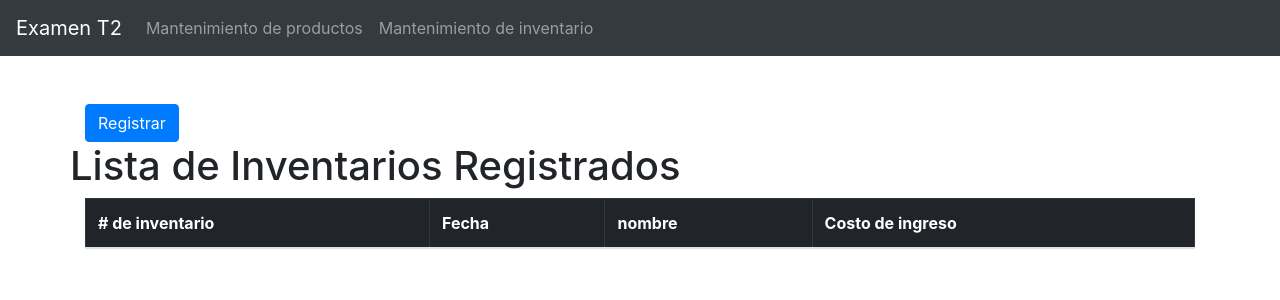
Repository: cartulina68/LP2_Examen2_Rosas
Page: http://localhost/inventario/index
An editor plug-in stored every save of this project. The page is shown before and after the next save, followed by the edit.
The browser window is 1280 px wide. The pictures show the whole page.
The page is this project's Thymeleaf template; nobody is signed in. The template is opened directly, without the code that normally fills it, so the values that code supplies are empty.

Above is the page before, as saved 2024-10-12 03:13:15.

### Spring/BD_T2_Inventario/src/main/resources/templates/inventario/index.html
<!DOCTYPE html>
<html xmlns:th="http://www.thymeleaf.org">
<head>
<meta charset="UTF-8">
<title>Inventario</title>
</head>
<link rel="stylesheet"
	href="https://maxcdn.bootstrapcdn.com/bootstrap/4.0.0/css/bootstrap.min.css"
	integrity="sha384-Gn5384xqQ1aoWXA+058RXPxPg6fy4IWvTNh0E263XmFcJlSAwiGgFAW/dAiS6JXm"
	crossorigin="anonymous">
<body>
	<nav class="navbar navbar-expand-md bg-dark navbar-dark">
		<!-- Brand -->
		<a class="navbar-brand" href="#">Examen T2</a>

		<!-- Toggler/Collapse Button -->
		<button class="navbar-toggler" type="button" data-toggle="collapse"
			data-target="#collapsibleNavbar">
			<span class="navbar-toggler-icon"></span>
		</button>

		<!-- Navbar links -->
		<div class="collapse navbar-collapse" id="collapsibleNavbar">
			<ul class="navbar-nav">
				<li class="nav-item"><a class="nav-link" th:href="@{/producto/index}">Mantenimiento de productos</a></li>
				<li class="nav-item"><a class="nav-link" th:href="@{/inventario/index}">Mantenimiento de inventario</a></li>
			</ul>
		</div>
	</nav>
	<div class="container">

	<br><br>
	<a th:href="@{/inventario/new}" class="btn btn-primary">Registrar</a>

		<div class="row">
			<h1>Lista de Inventarios Registrados</h1>
		</div>


		<table class="table table-striped table-bordered">
			<thead class="table-dark">
				<tr>
					<th># de inventario</th>
					<th>Fecha</th>
					<th>nombre</th>
					<th>Costo de ingreso</th>
				</tr>
			</thead>
			<tbody>
				<tr th:each="inventario: ${inventarios}">
					<td th:text="${inventario.nroInventario}"></td>
					<td th:text="${inventario.fecha}"></td>
					<td th:text="${inventario.idProd.nomProd}"></td>
					<td th:text="${inventario.costoIngreso}"></td>



					<td>
						<a th:href="@{/inventario/edit/{id}(id=${inventario.nroInventario})}" class="btn btn-primary">Actualizar</a>
					</td>
				</tr>
			</tbody>
		</table>
	</div>

</body>
</html>

After the next save:
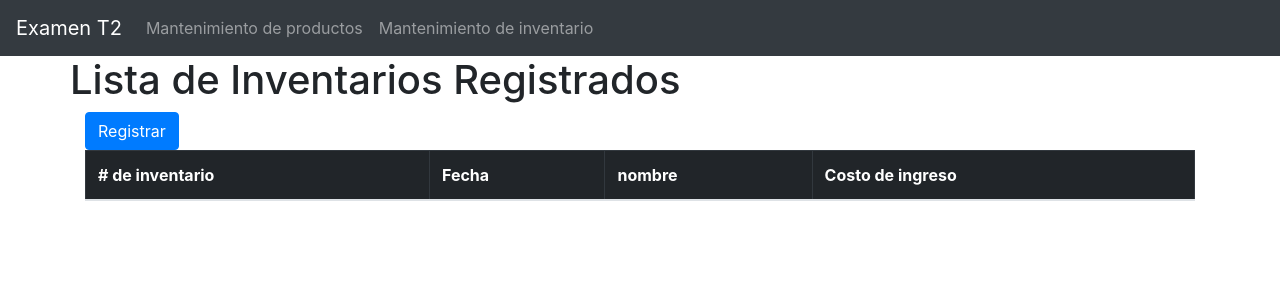
Saved 11 s later.
--- a/Spring/BD_T2_Inventario/src/main/resources/templates/inventario/index.html
+++ b/Spring/BD_T2_Inventario/src/main/resources/templates/inventario/index.html
@@ -29,12 +29,13 @@
 	</nav>
 	<div class="container">
 
-	<br><br>
-	<a th:href="@{/inventario/new}" class="btn btn-primary">Registrar</a>
 
 		<div class="row">
 			<h1>Lista de Inventarios Registrados</h1>
 		</div>
+
+			<a th:href="@{/inventario/new}" class="btn btn-primary">Registrar</a>
+
 
 
 		<table class="table table-striped table-bordered">
